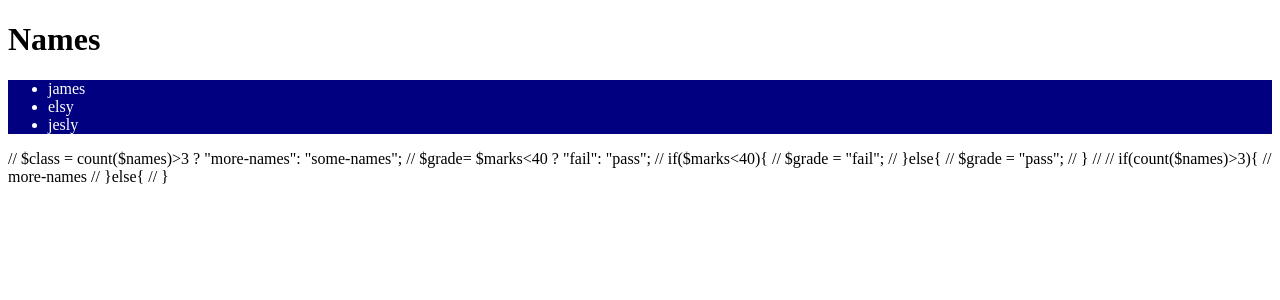
Repository: Sahanaranjith/php_projectgh
Page: http://localhost/names.php
These files come from the project's save history. The page is drawn as it stood at one moment and after the next save; the edit follows.
The browser window is 1280 px wide. The pictures show the whole page.
The page is run by PHP 8.4 with error messages shown; the project is at /var/www/html/.

Above is the page before, as saved 2022-12-14 12:58:17.

After the next save:
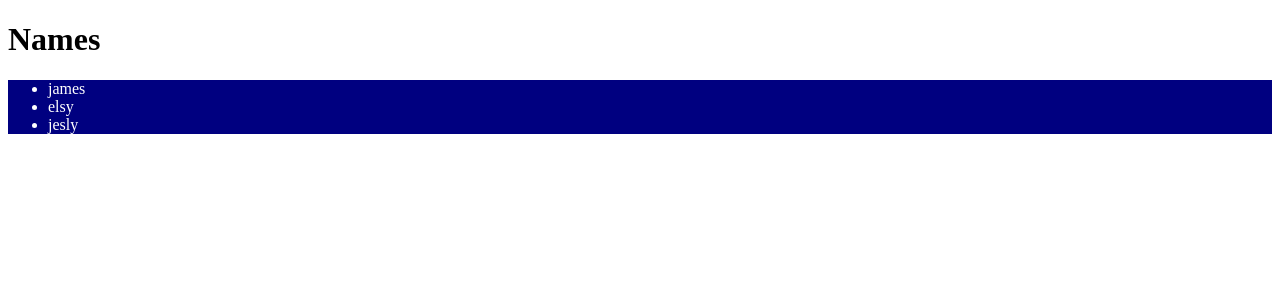
Saved 5 s later.
--- a/names.php
+++ b/names.php
@@ -34,7 +34,7 @@
 </body>
 </html>
 
-
+ <?
 
 
 
